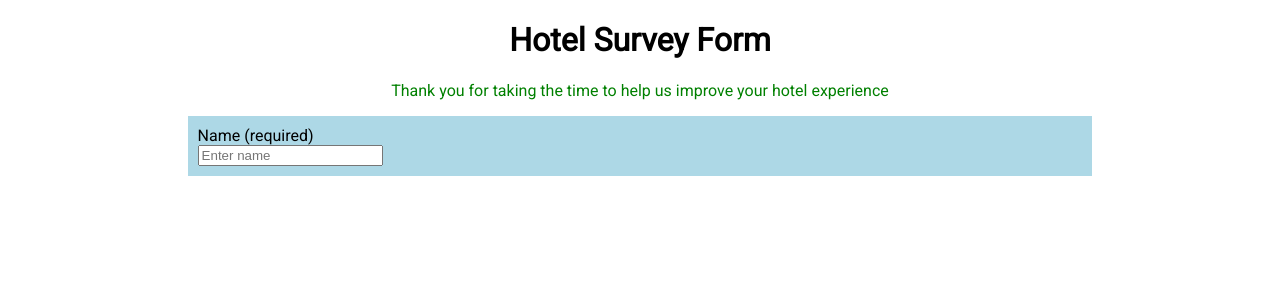
Repository: derektypist/survey-form
Page: index.html
The author's editor kept a record of every edit. The page is drawn from the files as they stood at one moment, then again after the next edit.
The browser window is 1280 px wide. The pictures show the whole page.

Above is the page before.

### index.html
<!DOCTYPE html>
<html lang="en">
<head>
    <meta charset="UTF-8">
    <meta name="viewport" content="width=device-width, initial-scale=1.0">
    <meta http-equiv="X-UA-Compatible" content="ie=edge">
    <title>Hotel Survey Form</title>
    <!-- Load Style Sheets -->
    <link href="https://fonts.googleapis.com/css?family=Roboto&display=swap" rel="stylesheet">
    <style>
        /* Title */
        #title {
            font-family: "Roboto", Arial, Verdana, sans-serif;
            text-align: center;
        }

        /* Description */
        #description {
            font-family: "Roboto", Arial, Verdana, sans-serif;
            text-align: center;
            color: green;
        }

        /* Survey Form */
        #survey-form {
            display: block;
            margin: auto;
            max-width: 70%;
            background-color: lightblue;
            font-family: "Roboto", Arial, Verdana, sans-serif;
            text-align: left;
            padding: 10px;
        }
    </style>
</head>
<body>
    <!-- Provide Title and Description -->
    <header>
        <h1 id="title">Hotel Survey Form</h1>
        <p id="description">Thank you for taking the time to help us improve your hotel experience</p>
    </header>

    <!-- Provide Survey Form -->
    <main>
        <section>
            <form id="survey-form">
                <!-- Set up Name Field -->
                <label for="name" id="name-label">Name (required)</label>
                <br>
                <input type="text" id="name" placeholder="Enter name" name="name" required />
                <br>

                <!-- Set up Email Field -->
                <label for="email"
                <input type="email" id="email" placeholder="Enter email" name="email" required />
            </form>
        </section>
    </main>
</body>
</html>

After the next edit:
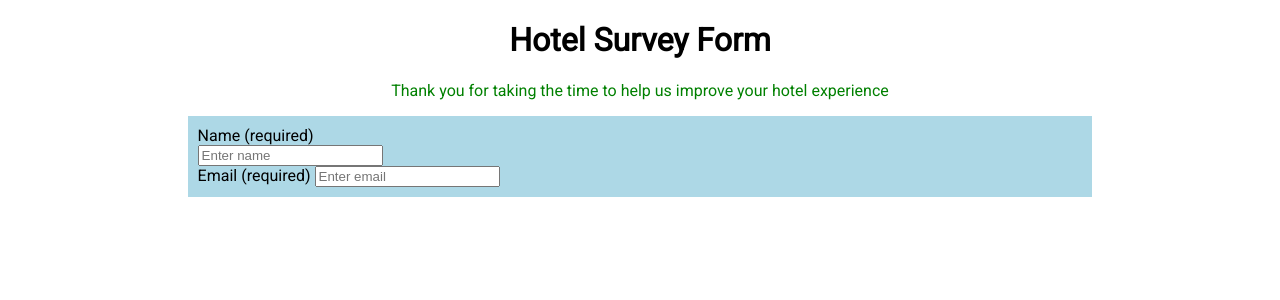
The edit:
--- a/index.html
+++ b/index.html
@@ -51,7 +51,7 @@
                 <br>
 
                 <!-- Set up Email Field -->
-                <label for="email"
+                <label for="email" id="email-label">Email (required)</label>
                 <input type="email" id="email" placeholder="Enter email" name="email" required />
             </form>
         </section>
